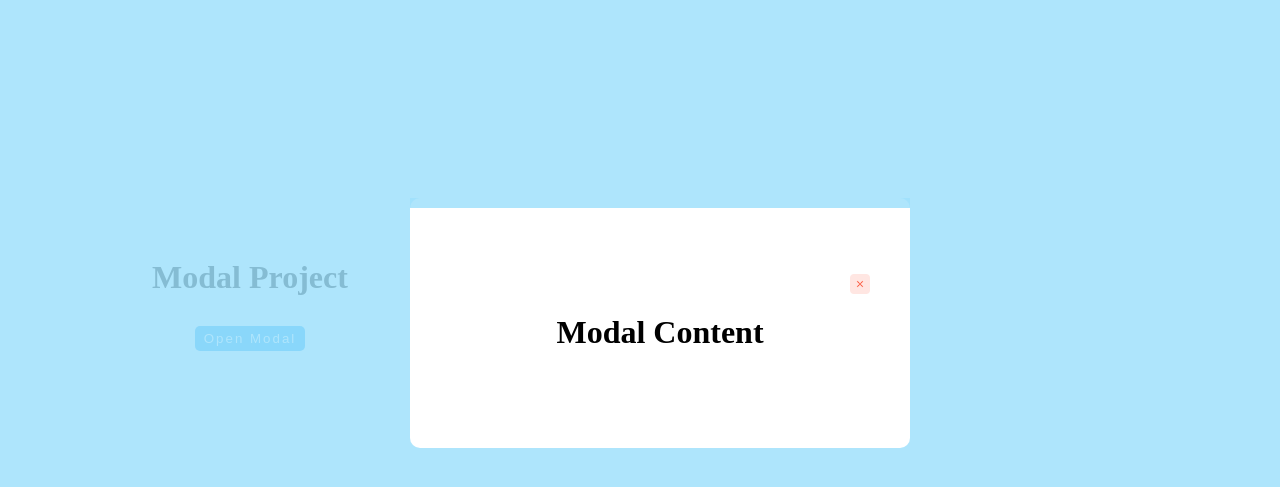
Repository: Trapti10/20-js-practice-projects-in-7-days-challenge
Page: Project_4_Modal_Project/index.html
The author's editor kept a copy of each file at every save. The page is drawn from the files as they stood at one save, then again after the next save.
The browser window is 1280 px wide. The pictures show the whole page.

Above is the page before, as saved 2025-11-24 14:00:47.

After the next save:
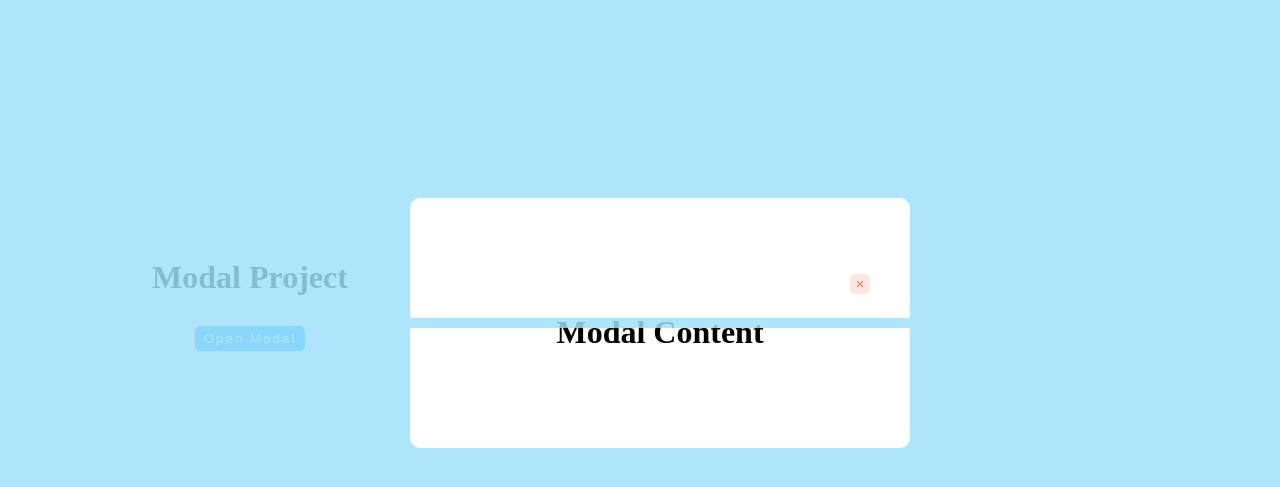
Saved 19 s later.
--- a/Project_4_Modal_Project/style.css
+++ b/Project_4_Modal_Project/style.css
@@ -91,7 +91,7 @@ button:hover{
 
 header{
     position: absolute;
-    top: 0;
+    top: 10;
     height: 10px;
     width: 100%;
     background: rgba(159, 225, 252, 0.84);
